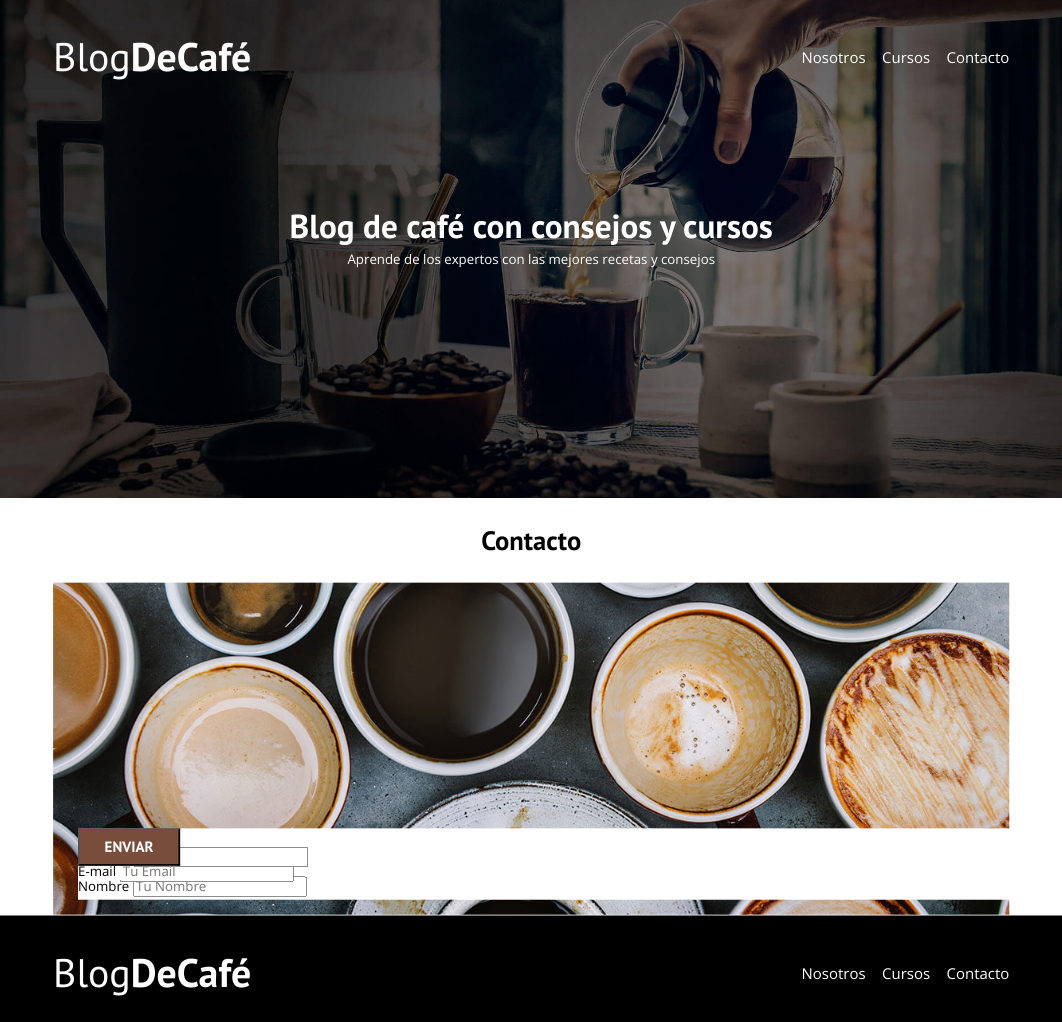
Repository: araque1990/blog_de_cafe
Page: contacto.html
These files come from the project's save history. The page is drawn as it stood at one moment and after the next save; the edit follows.
The browser window is 1280 px wide. The pictures show the whole page, at 83% of full size.

Above is the page before, as saved 2023-01-12 19:23:34.

After the next save:
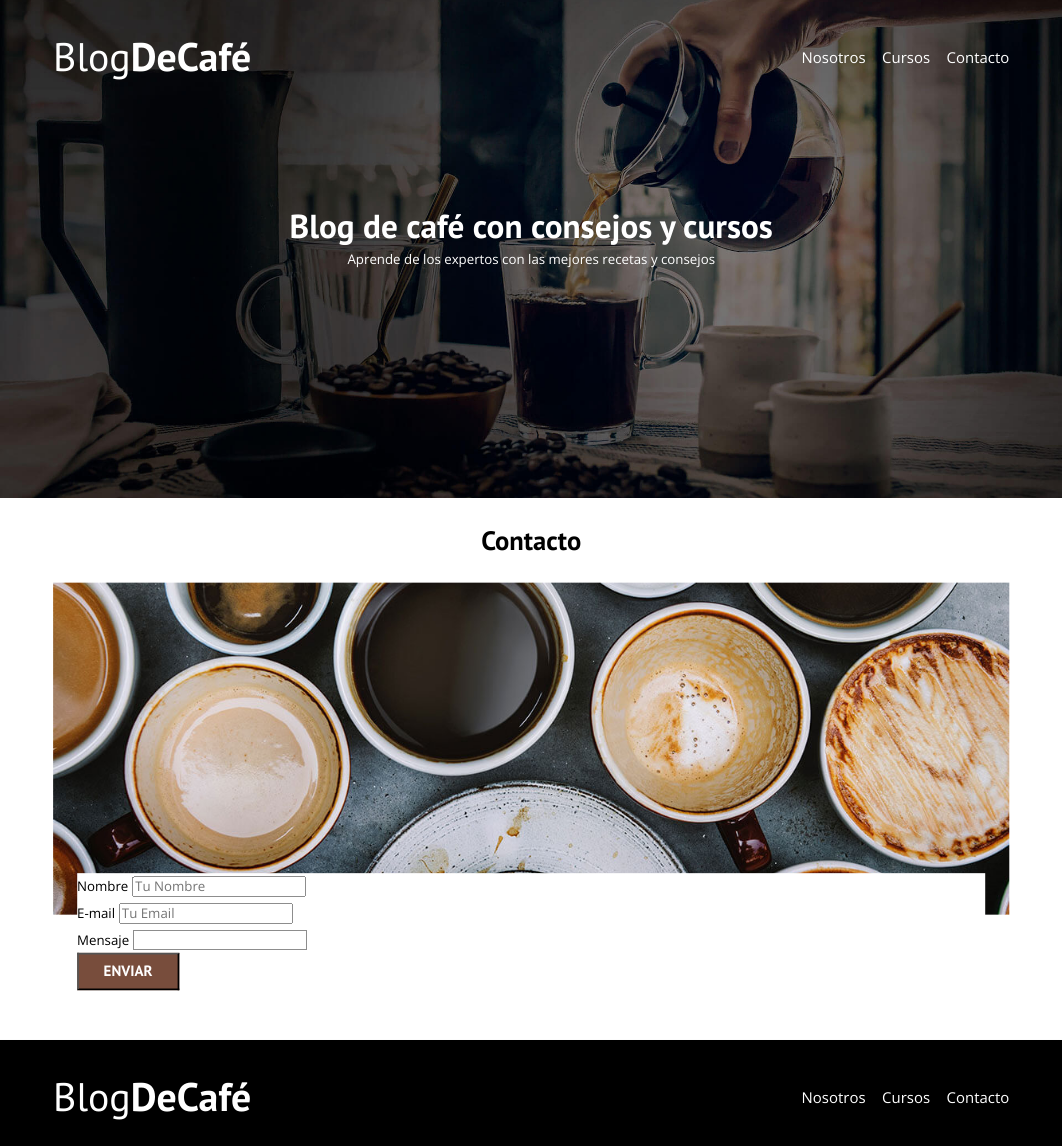
Saved 41 s later.
--- a/css/styles.css
+++ b/css/styles.css
@@ -227,13 +227,13 @@ img {
   background-repeat: no-repeat;
 }
 .formulario {
-  width: 120rem;
-}
-.campo{
   background-color: var(--blanco);
   margin: -5rem auto 0 auto;
   width: 95%;
 }
+.campo{
+
+}
 .campo__label{
 
 }
